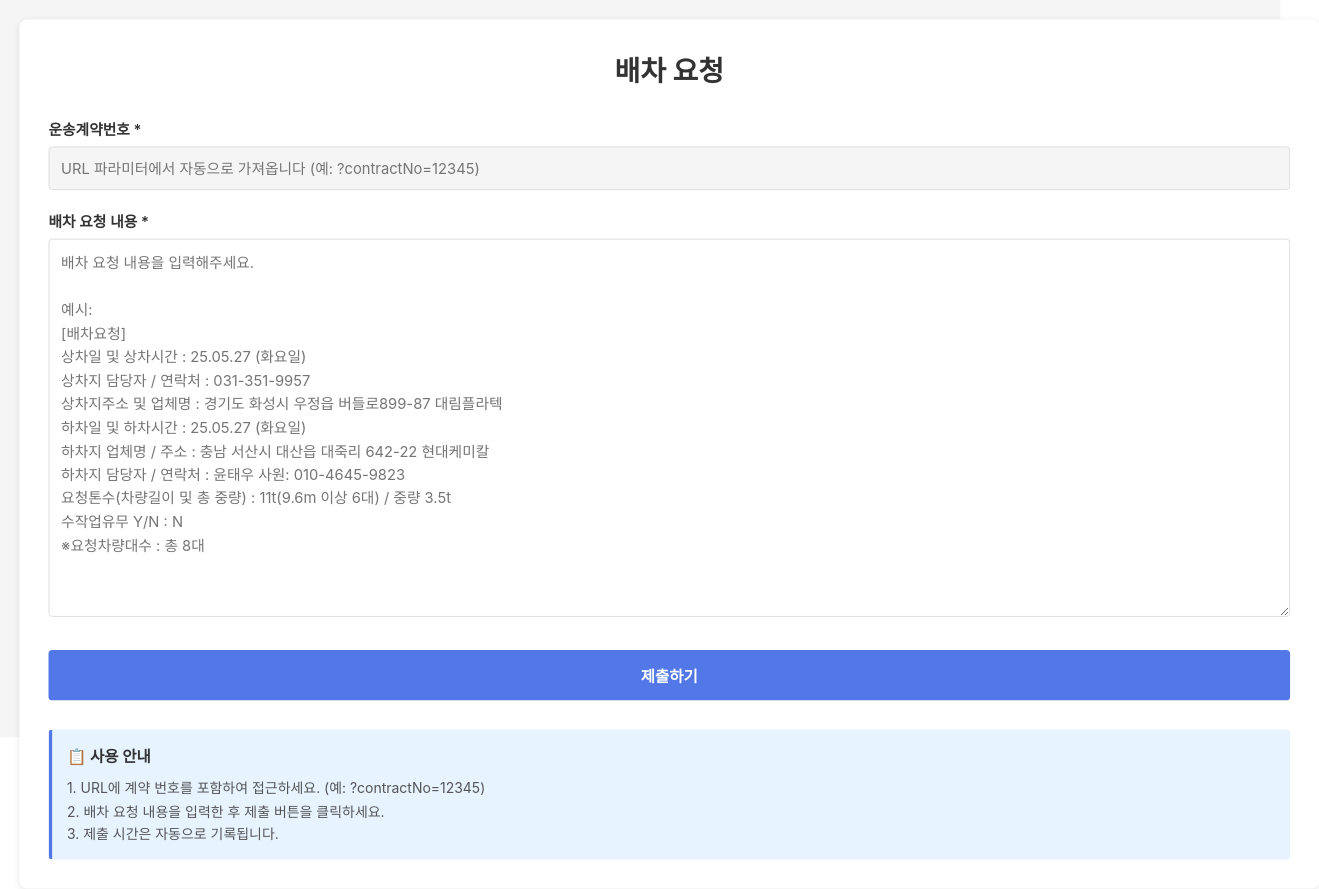
Repository: deul428/logis_transport
Page: / (app in frontend/)
These files come from the project's save history. The page is drawn as it stood at one moment and after a run of saves; the edit follows.
The browser window is 1280 px wide. The page is 1360 px wide, then 1320 px, so the pictures cover 1360 px, including what lies to the right of the window. The pictures show the whole page, at 97% of full size.
The project was rebuilt for these pictures with package versions that can differ from the ones it lists, and the page was loaded fresh each time. Also part of the build but not shown: frontend/src/App.scss.

Above is the page before, as saved 2025-11-13 13:48:32.

### frontend/public/index.html
<!DOCTYPE html>
<html lang="en">
  <head>
    <meta charset="utf-8" />
    <link rel="icon" href="%PUBLIC_URL%/favicon.ico" />
    <meta name="viewport" content="width=device-width, initial-scale=1" />
    <meta name="theme-color" content="#000000" />
    <meta
      name="description"
      content="Web site created using create-react-app"
    />
    <link rel="apple-touch-icon" href="%PUBLIC_URL%/android-icon-192x192.png" />
    <!--
      manifest.json provides metadata used when your web app is installed on a
      user's mobile device or desktop. See https://developers.google.com/web/fundamentals/web-app-manifest/
    -->
    <link rel="manifest" href="%PUBLIC_URL%/manifest.json" />
    <!--
      Notice the use of %PUBLIC_URL% in the tags above.
      It will be replaced with the URL of the `public` folder during the build.
      Only files inside the `public` folder can be referenced from the HTML.

      Unlike "/favicon.ico" or "favicon.ico", "%PUBLIC_URL%/favicon.ico" will
      work correctly both with client-side routing and a non-root public URL.
      Learn how to configure a non-root public URL by running `npm run build`.
    -->
    <title>로지스 운송 오더</title>
  </head>
  <body>
    <div id="root"></div>
    <!--
      This HTML file is a template.
      If you open it directly in the browser, you will see an empty page.

      You can add webfonts, meta tags, or analytics to this file.
      The build step will place the bundled scripts into the <body> tag.

      To begin the development, run `npm start` or `yarn start`.
      To create a production bundle, use `npm run build` or `yarn build`.
    -->
  </body>
</html>

### frontend/src/App.js
import { useState, useEffect } from "react";
import "./App.scss";
import "./styles/transport.scss";

function App() {
  const [contractNo, setContractNo] = useState("");
  const [content, setContent] = useState("");
  const [isSubmitted, setIsSubmitted] = useState(false);

  useEffect(() => {
    // URL에서 계약 번호 파라미터 읽기
    const params = new URLSearchParams(window.location.search);
    const contractNoParam =
      params.get("contractNo") || params.get("contract") || "";

    if (contractNoParam) {
      setContractNo(contractNoParam);
    }
  }, []);

  // 구글 폼 제출
  const handleSubmit = async (e) => {
    e.preventDefault();

    if (!contractNo.trim()) {
      alert(
        "계약 번호가 없습니다. URL에 계약 번호를 포함해주세요. (예: ?contractNo=12345)"
      );
      return;
    }

    if (!content.trim()) {
      alert("배차 요청 내용을 입력해 주세요.");
      return;
    }

    try {
      // 제출 시간 생성 (한국 시간)
      const now = new Date();
      const koreaTimeOffset = 9 * 60; // 한국은 UTC+9
      const koreaTime = new Date(now.getTime() + koreaTimeOffset * 60 * 1000);
      const year = koreaTime.getFullYear();
      const month = String(koreaTime.getMonth() + 1).padStart(2, "0");
      const day = String(koreaTime.getDate()).padStart(2, "0");
      const hours = String(koreaTime.getHours()).padStart(2, "0");
      const minutes = String(koreaTime.getMinutes()).padStart(2, "0");
      const seconds = String(koreaTime.getSeconds()).padStart(2, "0");
      const submitTime = `${year}-${month}-${day} ${hours}:${minutes}:${seconds}`;

      const formData = new FormData();
      // 계약 번호 필드 (구글 폼의 entry ID로 변경 필요)
      formData.append("entry.1271596132", contractNo);
      // 배차 요청 내용 필드 (구글 폼의 entry ID로 변경 필요)
      formData.append("entry.1285765036", content);


      // 구글 폼 URL (실제 구글 폼 URL로 변경 필요)
      const googleFormUrl =
        "https://docs.google.com/forms/d/e/1FAIpQLSepUaIyU7xQX5y7V2-OXf7BZamqW1xnarS4jM8SswiHX2m2rA/formResponse";

      await fetch(googleFormUrl, {
        method: "POST",
        body: formData,
        mode: "no-cors",
      });

      setIsSubmitted(true);
    } catch (err) {
      alert("오류가 발생했습니다. 관리자에게 문의해 주세요.");
      console.error(err);
    }
  };

  const resetForm = () => {
    setContent("");
    setIsSubmitted(false);
  };

  return (
    <div id="transport">
      <div className="cntnt_box">
        <div className="transport_header">
          <h2>배차 요청</h2>
        </div>

        {/* 입력 폼 */}
        {!isSubmitted && (
          <div id="input_area">
            <form id="customForm" onSubmit={handleSubmit}>
              <div className="input_field">
                <label>운송계약번호 *</label>
                <input
                  type="text"
                  value={contractNo}
                  disabled
                  placeholder="URL 파라미터에서 자동으로 가져옵니다 (예: ?contractNo=12345)"
                  style={{
                    backgroundColor: "#f5f5f5",
                    cursor: "not-allowed",
                    color: "#666",
                  }}
                />
              </div>

              <div className="input_field">
                <label>배차 요청 내용 *</label>
                <textarea
                  name="content"
                  rows={15}
                  placeholder={`배차 요청 내용을 입력해주세요.

예시:
[배차요청]
상차일 및 상차시간 : 25.05.27 (화요일)
상차지 담당자 / 연락처 : 031-351-9957
상차지주소 및 업체명 : 경기도 화성시 우정읍 버들로899-87 대림플라텍
하차일 및 하차시간 : 25.05.27 (화요일)
하차지 업체명 / 주소 : 충남 서산시 대산읍 대죽리 642-22 현대케미칼
하차지 담당자 / 연락처 : 윤태우 사원: 010-4645-9823
요청톤수(차량길이 및 총 중량) : 11t(9.6m 이상 6대) / 중량 3.5t
수작업유무 Y/N : N
※요청차량대수 : 총 8대`}
                  value={content}
                  onChange={(e) => setContent(e.target.value)}
                />
              </div>

              <button type="submit">제출하기</button>
            </form>
          </div>
        )}

        {/* 결과 표시 영역 */}
        {isSubmitted && (
          <div id="result_area">
            <h2>접수가 완료되었습니다.</h2>
            <div id="submittedData" className="card">
              <div className="rows row_01">
                <h3>운송계약번호</h3>
                <p>{contractNo || "미입력"}</p>
              </div>
              <div className="rows row_02">
                <h3>배차 요청 내용</h3>
                <p style={{ whiteSpace: "pre-wrap", wordBreak: "break-word" }}>
                  {content}
                </p>
              </div>
            </div>
            <button id="newResponseLink" onClick={resetForm}>
              신규 접수하기
            </button>
          </div>
        )}

        {/* 안내 영역 */}
        {!isSubmitted && (
          <div id="desc_area">
            <div className="info_box">
              <h4>📋 사용 안내</h4>
              <p>
                1. URL에 계약 번호를 포함하여 접근하세요. (예:
                ?contractNo=12345)
                <br />
                2. 배차 요청 내용을 입력한 후 제출 버튼을 클릭하세요.
                <br />
                3. 제출 시간은 자동으로 기록됩니다.
              </p>
            </div>
          </div>
        )}
      </div>
    </div>
  );
}

export default App;

### frontend/src/styles/transport.scss
#transport {
  width: 100dvw;
  height: 100dvh;
  margin: 0 auto;
  padding: 20px;
  min-height: 100vh;
  background-color: #f5f5f5;

  .cntnt_box {
    width: 100%;
    background-color: white;
    border-radius: 8px;
    padding: 30px;
    box-shadow: 0 2px 8px rgba(0, 0, 0, 0.1);

    .transport_header {
      text-align: center;
      margin-bottom: 30px;

      h2 {
        margin: 0 0 0.2rem;
        font-size: 1.8rem;
        color: #333;
      }
    }

    #input_area {
      margin-bottom: 1rem;
      width: 100%;

      form {
        margin: 0 auto;
        text-align: left;

        .input_field {
          margin-bottom: 20px;

          label {
            display: block;
            margin-bottom: 8px;
            font-weight: 600;
            color: #333;
            font-size: 0.95rem;
          }

          input,
          textarea {
            font-family: inherit;
            width: 100%;
            padding: 12px;
            border: 1px solid #ddd;
            border-radius: 4px;
            font-size: 0.95rem;
            box-sizing: border-box;
            transition: border-color 0.3s;

            &:focus {
              outline: none;
              border-color: #5278e7;
            }

            &:disabled {
              background-color: #f5f5f5;
              cursor: not-allowed;
              color: #666;
            }
          }

          textarea {
            resize: vertical;
            min-height: 300px;
            line-height: 1.6;
          }
        }

        button[type="submit"] {
          width: 100%;
          padding: 14px;
          background-color: #5278e7;
          color: white;
          border: none;
          border-radius: 4px;
          font-size: 1rem;
          font-weight: 600;
          cursor: pointer;
          transition: background-color 0.3s;
          margin-top: 10px;

          &:hover {
            background-color: #4268d6;
          }

          &:active {
            background-color: #3258c6;
          }
        }
      }
    }

    #result_area {
      margin: -1rem 0 0;
      width: 100%;
      text-align: center;

      h2 {
        margin: 0 0 20px;
        font-size: 1.5rem;
        color: #333;
      }

      #submittedData {
        text-align: left;
        margin-bottom: 1rem;
        background-color: #f9f9f9;
        border-radius: 4px;
        padding: 20px;
        box-shadow: none;

        div.rows {
          width: 100%;
          margin-bottom: 20px;

          &:last-child {
            margin-bottom: 0;
          }

          h3 {
            margin-top: 0;
            margin-bottom: 10px;
            font-size: 1rem;
            color: #5278e7;
          }

          p {
            white-space: pre-wrap;
            word-break: break-word;
            overflow-wrap: break-word;
            margin: 0;
            color: #333;
            line-height: 1.6;
          }
        }
      }

      #newResponseLink {
        width: 100%;
        padding: 12px;
        background-color: #6c757d;
        color: white;
        border: none;
        border-radius: 4px;
        font-size: 0.95rem;
        font-weight: 600;
        cursor: pointer;
        transition: background-color 0.3s;
        margin-top: 20px;

        &:hover {
          background-color: #5a6268;
        }
      }
    }

    #desc_area {
      width: 100%;
      margin-top: 30px;

      .info_box {
        background-color: #e7f3ff;
        border-left: 4px solid #5278e7;
        padding: 15px;
        border-radius: 4px;

        h4 {
          margin: 0 0 10px;
          font-size: 1rem;
          color: #333;
        }

        p {
          margin: 0;
          font-size: 0.9rem;
          color: #555;
          line-height: 1.6;
        }
      }
    }
  }

  /* 반응형 */
  @media (max-width: 768px) {
    padding: 10px;

    .cntnt_box {
      padding: 20px;

      .transport_header h2 {
        font-size: 1.5rem;
      }

      #input_area form .input_field textarea {
        min-height: 250px;
      }
    }
  }
}

Loaded but not shown: frontend/src/index.js (common file); frontend/src/index.css (common file); frontend/src/reportWebVitals.js (common file)

After the next 3 saves:
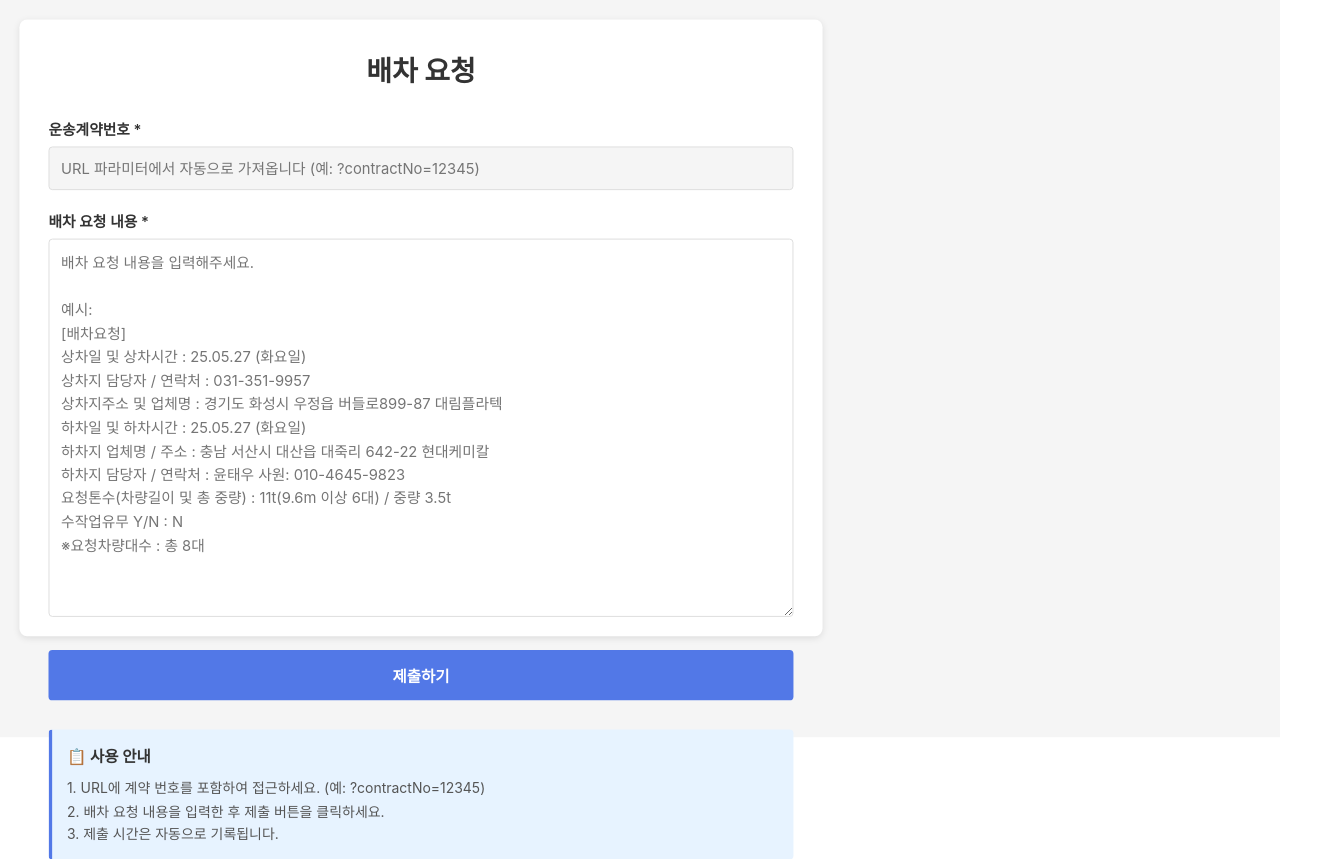
The 3 saves are shown as one change because they came seconds apart.
The last was saved 10 s later.
--- a/frontend/src/styles/transport.scss
+++ b/frontend/src/styles/transport.scss
@@ -7,7 +7,8 @@
   background-color: #f5f5f5;
 
   .cntnt_box {
-    width: 100%;
+    width: 60%;
+    height: 80%;
     background-color: white;
     border-radius: 8px;
     padding: 30px;
